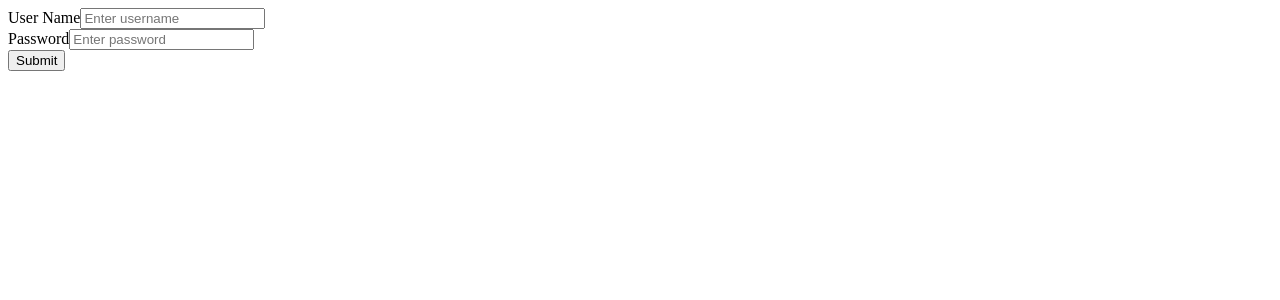
Repository: Solankinikhil/DailyWork
Page: eclipse-workspace/javaScriptExamples/WebContent/login.html
The author's editor kept a copy of each file at every save. The page is drawn from the files as they stood at one save, then again after the next save.
The browser window is 1280 px wide. The pictures show the whole page.

Above is the page before, as saved 2020-03-11 08:41:52.

### eclipse-workspace/javaScriptExamples/WebContent/login.html
<!DOCTYPE html>
<html>
<head>
<meta charset="ISO-8859-1">
<title>Insert title here</title>
</head>
<body>
	<form action="" onsubmit="sayHello()">
		User Name<input type="text" name="userName" placeholder="Enter username" /><br />
		Password<input type="password" name="password" placeholder="Enter password" /><br />
		<input type="Submit" value="Submit" />
	</form>
</body>
<script type="text/javascript">
	function sayHello() {
		document.write("<h1>Hello Good Afternoon All</h1>");
	}
</script>
</html>

After the next save:
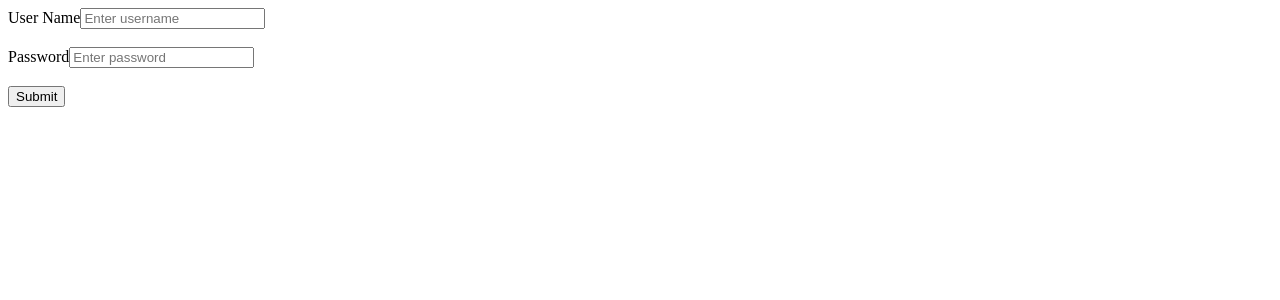
Saved 57 s later.
--- a/eclipse-workspace/javaScriptExamples/WebContent/login.html
+++ b/eclipse-workspace/javaScriptExamples/WebContent/login.html
@@ -6,8 +6,8 @@
 </head>
 <body>
 	<form action="" onsubmit="sayHello()">
-		User Name<input type="text" name="userName" placeholder="Enter username" /><br />
-		Password<input type="password" name="password" placeholder="Enter password" /><br />
+		User Name<input type="text" name="userName" placeholder="Enter username" /><br><br>
+		Password<input type="password" name="password" placeholder="Enter password" /><br><br>
 		<input type="Submit" value="Submit" />
 	</form>
 </body>
